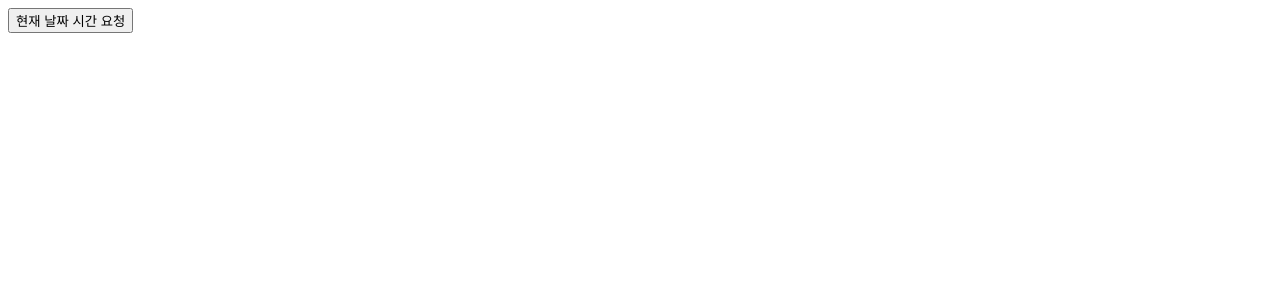
Repository: cdnwell/Jsp
Page: http://localhost/Step03/client_time.jsp
The author's editor kept a copy of each file at every save. The page is drawn from the files as they stood at one save, then again after the next save.
The browser window is 1280 px wide. The pictures show the whole page.
After loading, the first visible `button` was clicked once.
The page is served by Tomcat 9. Other server files are loaded and not shown.

Above is the page before, as saved 2022-07-01 01:29:08.
Console error: ReferenceError: r is not defined

### Step03/src/main/webapp/client_time.jsp
<%@ page language="java" contentType="text/html; charset=UTF-8"
    pageEncoding="UTF-8"%>
<!DOCTYPE html>
<html>
<head>
<meta charset="UTF-8">
<title>Insert title here</title>
<script src="https://ajax.googleapis.com/ajax/libs/jquery/3.6.0/jquery.min.js"></script>
<script type="text/javascript">
	$(function(){
		$("button").click(function(){
			$.ajax({
				url : "02_ajax_json.jsp",
				//data는 보내지 않으므로 주석 처리
				//data :,

				//지금은 get이든 post든 상관없다.
				type : "get",

				//text로 먼저 받아서 출력을 한 후 json으로 바꿀 것
				dataType: "json",

				success:function(result){
					var str = r.year +"/";
					str += r.month + "/"+r.date +" "+r.hour + ":" + r.minute
					+":"+r.second;
					$("#result").html(str);

				}

			});
		});
	});
</script>
</head>
<body>
	<button>현재 날짜 시간 요청</button>
	<!-- 버튼 누르면 result에 값을 받아온다. -->
	<div id="result"></div>
</body>
</html>

### Step03/src/main/webapp/02_ajax_json.jsp
<%@page import="org.json.JSONObject"%>
<%@page import="java.util.Calendar"%>
<%@ page language="java" contentType="text/html; charset=UTF-8"
    pageEncoding="UTF-8"%>
<%
 	Calendar today = Calendar.getInstance();
	JSONObject obj = new JSONObject();
	obj.put("year", today.get(Calendar.YEAR));
	obj.put("month", today.get(Calendar.MONTH)+1);
	obj.put("date", today.get(Calendar.DATE));
	obj.put("hour", today.get(Calendar.HOUR_OF_DAY));
	obj.put("minute", today.get(Calendar.MINUTE));
	obj.put("second", today.get(Calendar.SECOND));

	out.write(obj.toString());
%>

After the next save:
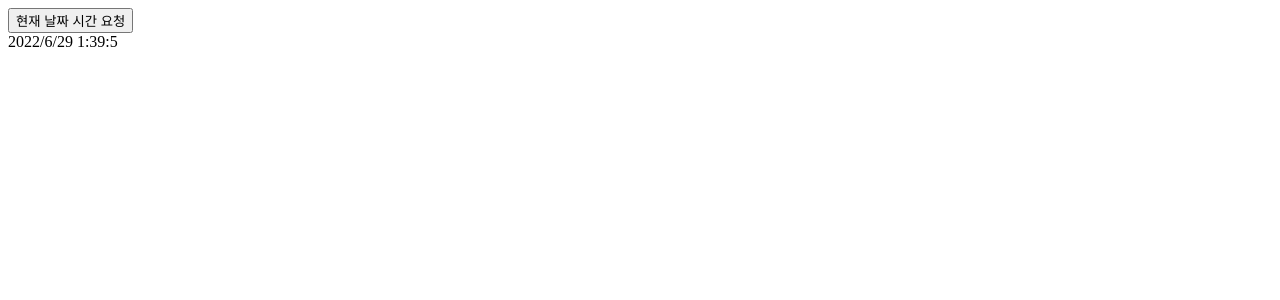
The error is gone.
Saved 15 s later.
--- a/Step03/src/main/webapp/client_time.jsp
+++ b/Step03/src/main/webapp/client_time.jsp
@@ -20,7 +20,7 @@
 				//text로 먼저 받아서 출력을 한 후 json으로 바꿀 것
 				dataType: "json",
 
-				success:function(result){
+				success:function(r){
 					var str = r.year +"/";
 					str += r.month + "/"+r.date +" "+r.hour + ":" + r.minute
 					+":"+r.second;
